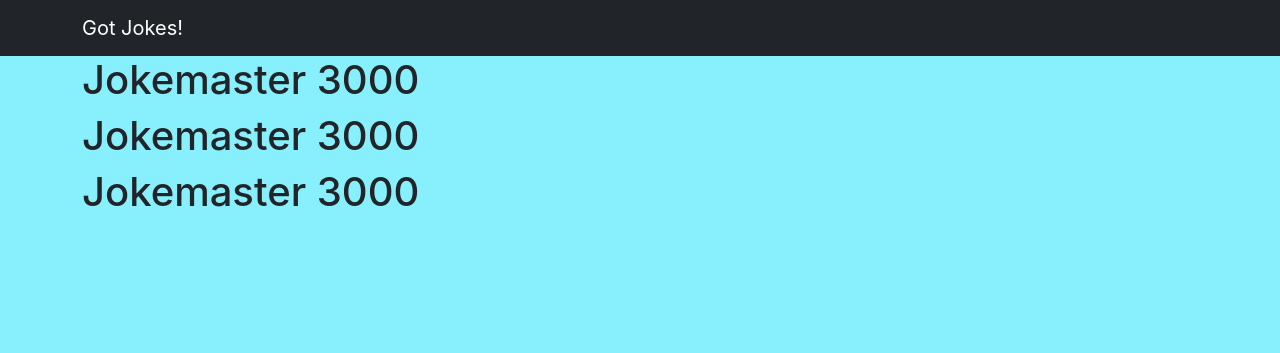
Repository: jontslater/LAB-joke-generator-react
Page: /
These files come from the project's save history. The page is drawn as it stood at one moment and after the next save; the edit follows.
The browser window is 1280 px wide. The pictures show the whole page.
The project was rebuilt for these pictures with package versions that can differ from the ones it lists, and the page was loaded fresh each time. The framework's server and built-in components were replaced by stand-ins that run in the browser. Also part of the build but not shown: next.config.js.

Above is the page before, as saved 2024-01-12 15:37:34.

### pages/_app.js
/* eslint-disable react/prop-types */
import 'bootstrap/dist/css/bootstrap.min.css';
import '../styles/globals.css';
import NavBar from '../components/NavBar';

function MyApp({ Component, pageProps }) {
  return (
    <>
      <NavBar />
      <div className="container">
        <Component {...pageProps} />
      </div>
    </>
  );
}

export default MyApp;

### pages/index.js
import React from 'react';
import Jokes from '../components/Jokes';

function Home() {
  return (
    <>
      <Jokes title="1" />
      <Jokes title="2" />
      <Jokes title="3" />
    </>
  );
}

export default Home;

### components/NavBar.js
/* eslint-disable jsx-a11y/anchor-is-valid */
import React from 'react';
import Link from 'next/link';
import {
  Navbar, Container, Nav,
} from 'react-bootstrap';

export default function NavBar() {
  return (
    <Navbar collapseOnSelect expand="lg" bg="dark" variant="dark">
      <Container>
        <Link passHref href="/">
          <Navbar.Brand>Got Jokes!</Navbar.Brand>
        </Link>
        <Navbar.Toggle aria-controls="responsive-navbar-nav" />
        <Navbar.Collapse id="responsive-navbar-nav">
          <Nav className="me-auto">
            {/* CLOSE NAVBAR ON LINK SELECTION: https://stackoverflow.com/questions/72813635/collapse-on-select-react-bootstrap-navbar-with-nextjs-not-working */}
            {/* <Link passHref href="/">
              <Nav.Link>Home</Nav.Link>
            </Link> */}
          </Nav>
        </Navbar.Collapse>
      </Container>
    </Navbar>
  );
}

### components/Jokes.js
import { useState } from 'react';

function Jokes({ title }) {
  const initialValue = 'Get A Joke';
  const [jokes, setJokes] = useState('FirstCard');

  function getJokes() {
    fetch('https://v2.jokeapi.dev/joke/Programming?safe-mode&type=twopart')
      .then((response) => response.json())
      .then((data) => {
        setJokes(data);
      });
  }

  // useEffect(() => {
  // });

  return (
    <>
      <h1>Jokemaster 3000</h1>
    </>
  );
}

export default Jokes;

Loaded but not shown: styles/globals.css (common file)

After the next save:
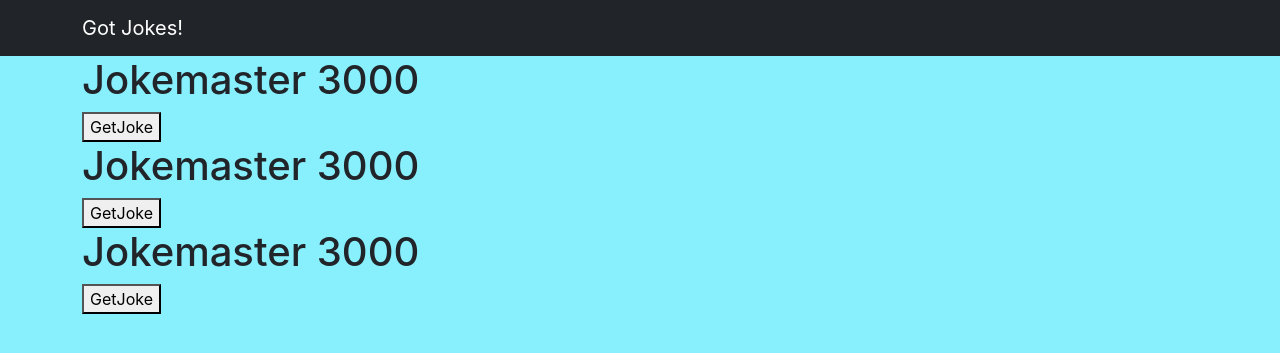
Saved 33 s later.
--- a/components/Jokes.js
+++ b/components/Jokes.js
@@ -18,6 +18,7 @@ function Jokes({ title }) {
   return (
     <>
       <h1>Jokemaster 3000</h1>
+      <button type="button">GetJoke</button>
     </>
   );
 }
